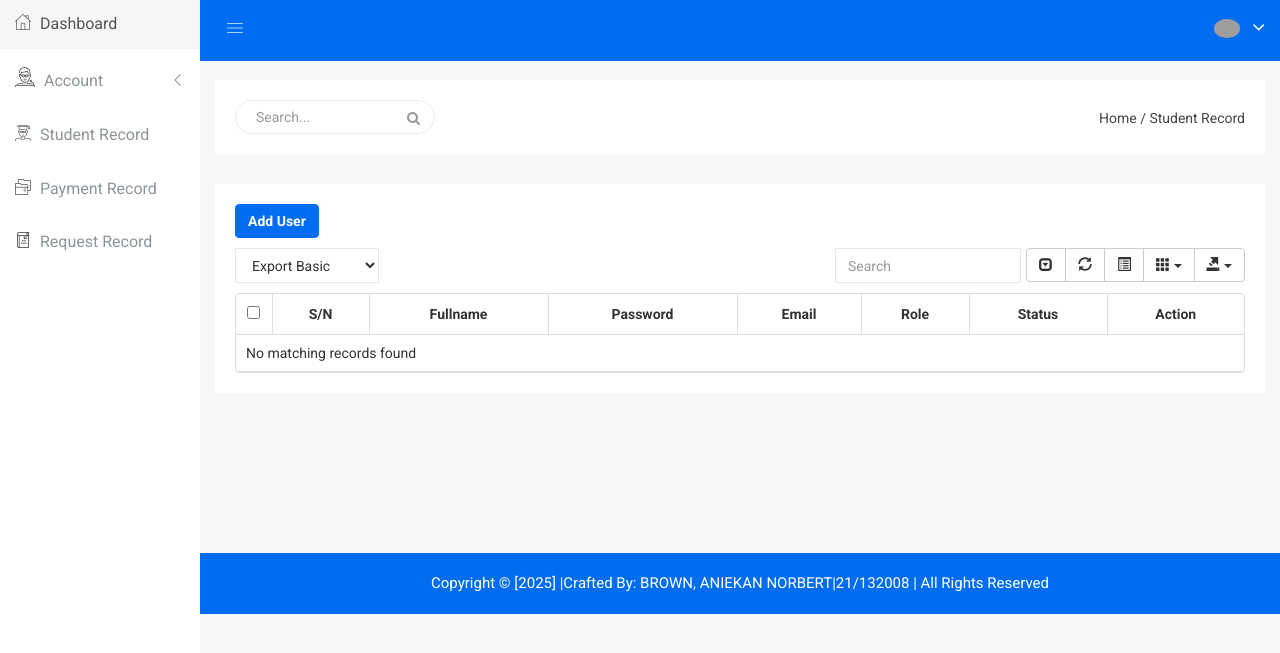
Repository: walterjnr1/crowdfunding-system
Page: http://localhost/crowdfunding/Admin/student_record.php
The author's editor kept a copy of each file at every save. The page is drawn from the files as they stood at one save, then again after the next save.
The browser window is 1280 px wide. The pictures show the whole page.
Pictures or frames that could not be fetched are drawn as grey boxes. The page is run by PHP 8.4 with error messages shown; the project is at /var/www/html/. The session is filled in as if someone had signed in: {"login_email": "test@example.com", "logged": 1741212879}. Queries for data that is not in the repository find no rows.

Above is the page before, as saved 2025-03-05 23:02:52.
Console error (its wording comes from the project's code and is left out).

After the next save:
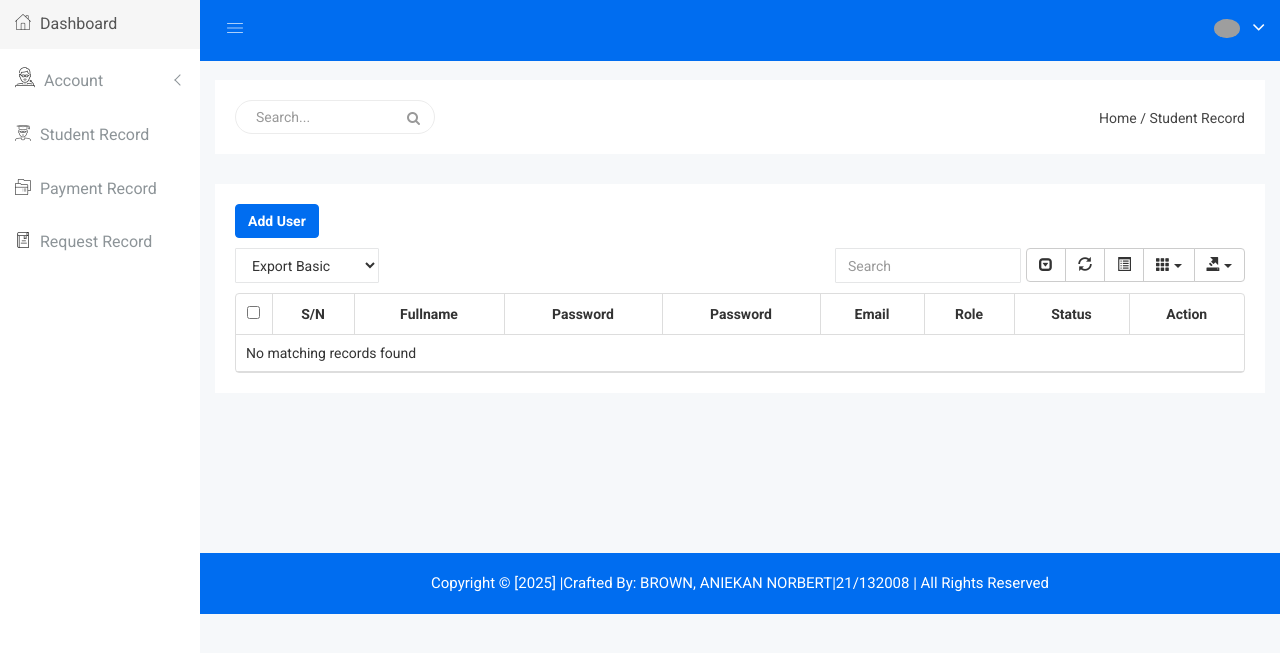
Saved 42 s later.
--- a/Admin/student_record.php
+++ b/Admin/student_record.php
@@ -164,6 +164,8 @@ else {return false;
                                                 <th data-field="id"><div align="center">S/N</div></th>
                                                 <th data-field="fullname" data-editable="true"><div align="center">Fullname</div></th>
                                                 <th data-field="password" data-editable="true"><div align="center">Password</div></th>
+                                                <th data-field="password" data-editable="true"><div align="center">Password</div></th>
+
                                                 <th data-field="email" data-editable="true"><div align="center">Email</div></th>
                                                 <th data-field="role" data-editable="true"><div align="center">Role</div></th>
                                                 <th data-field="status" data-editable="true"><div align="center">Status</div></th>
